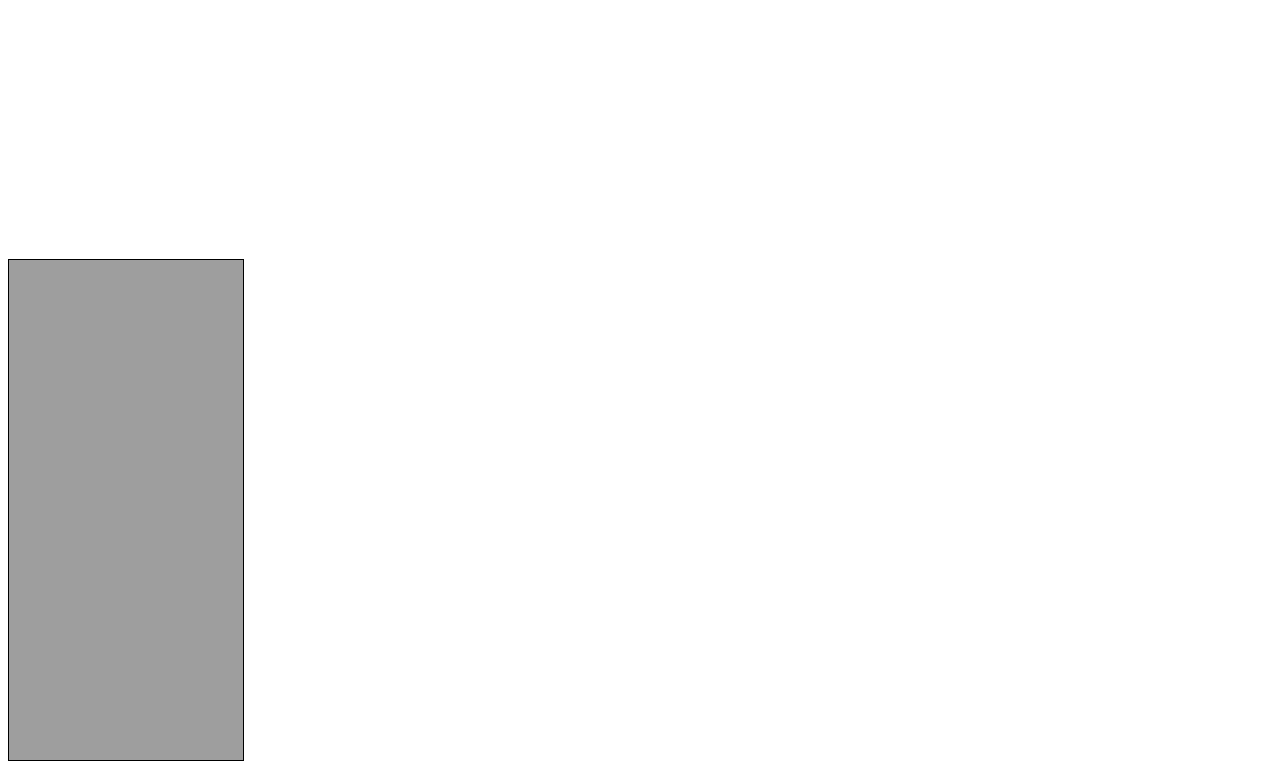
Repository: Tranduchieu2002/FlappyBird
Page: Flappy.html
These files come from the project's save history. The page is drawn as it stood at one moment and after a run of saves; the edit follows.
The browser window is 1280 px wide. The pictures show the whole page.

Above is the page before, as saved 2021-09-14 15:03:02.

After the next 2 saves:
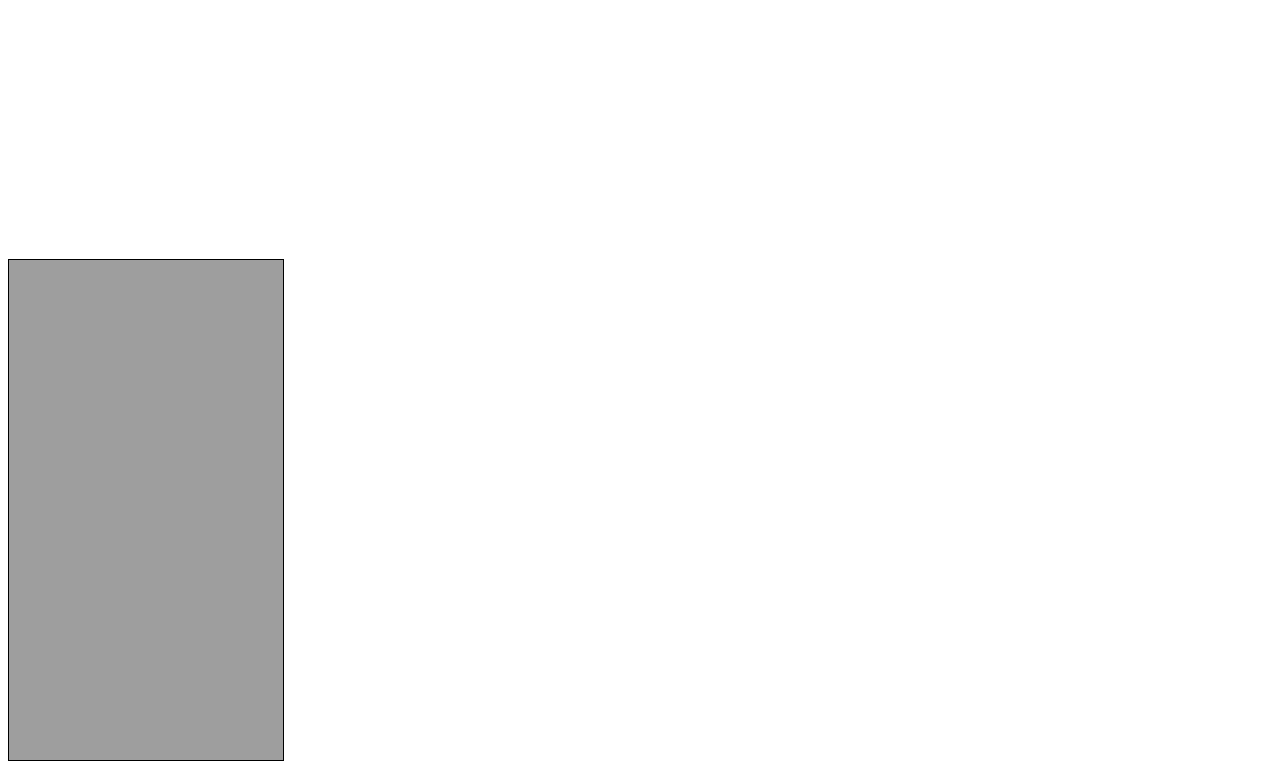
The 2 saves are shown as one change because they came seconds apart.
The last was saved 7 s later.
--- a/Flappy.html
+++ b/Flappy.html
@@ -13,7 +13,7 @@
    </style>
 </head>
 <body>
-   <canvas id="canvas" width="234px" height="500px">
+   <canvas id="canvas" width="274px" height="500px">
 
    </canvas>
    <script src="index.js"></script>
